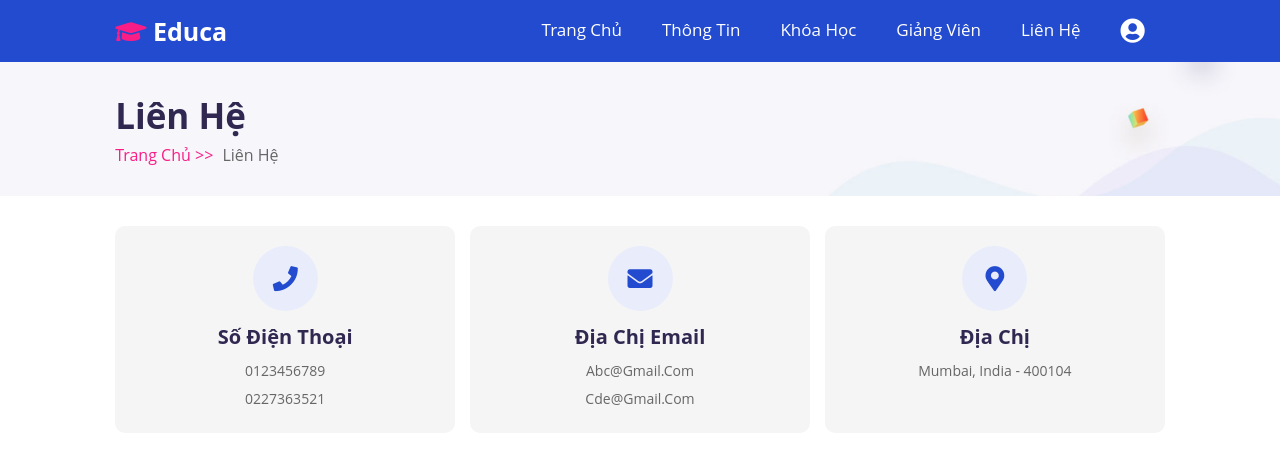
Repository: nhatkhanh022400/Layout
Page: Page-User/contact.html
The author's editor kept a copy of each file at every save. The page is drawn from the files as they stood at one save, then again after the next save.
The browser window is 1280 px wide. The pictures show the part of the page from y = 0 to 453 px (the page is 1440 px tall before and 1552 px after).
Pictures or frames that could not be fetched are drawn as grey boxes.

Above is the page before, as saved 2022-03-22 17:29:50.
Console error: ReferenceError: $ is not defined

After the next save:
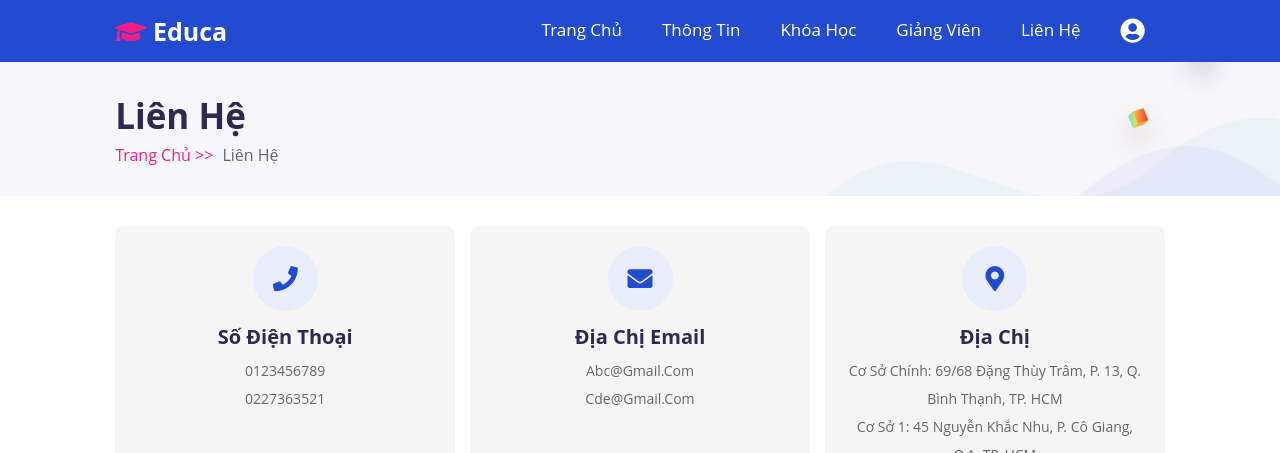
Saved 45 s later.
--- a/Page-User/contact.html
+++ b/Page-User/contact.html
@@ -84,7 +84,9 @@
         <div class="icons">
             <i class="fas fa-map-marker-alt"></i>
             <h3>Địa Chị</h3>
-            <p>mumbai, india - 400104</p>
+            <p>Cơ sở chính: 69/68 Đặng Thùy Trâm, P. 13, Q. Bình Thạnh, TP. HCM</p>
+            <p>Cơ sở 1: 45 Nguyễn Khắc Nhu, P. Cô Giang, Q.1, TP. HCM</p>
+            <p>Cơ sở 2: 233A Phan Văn Trị, P.11, Q. Bình Thạnh, TP. HCM</p>
         </div>
 
     </div>
